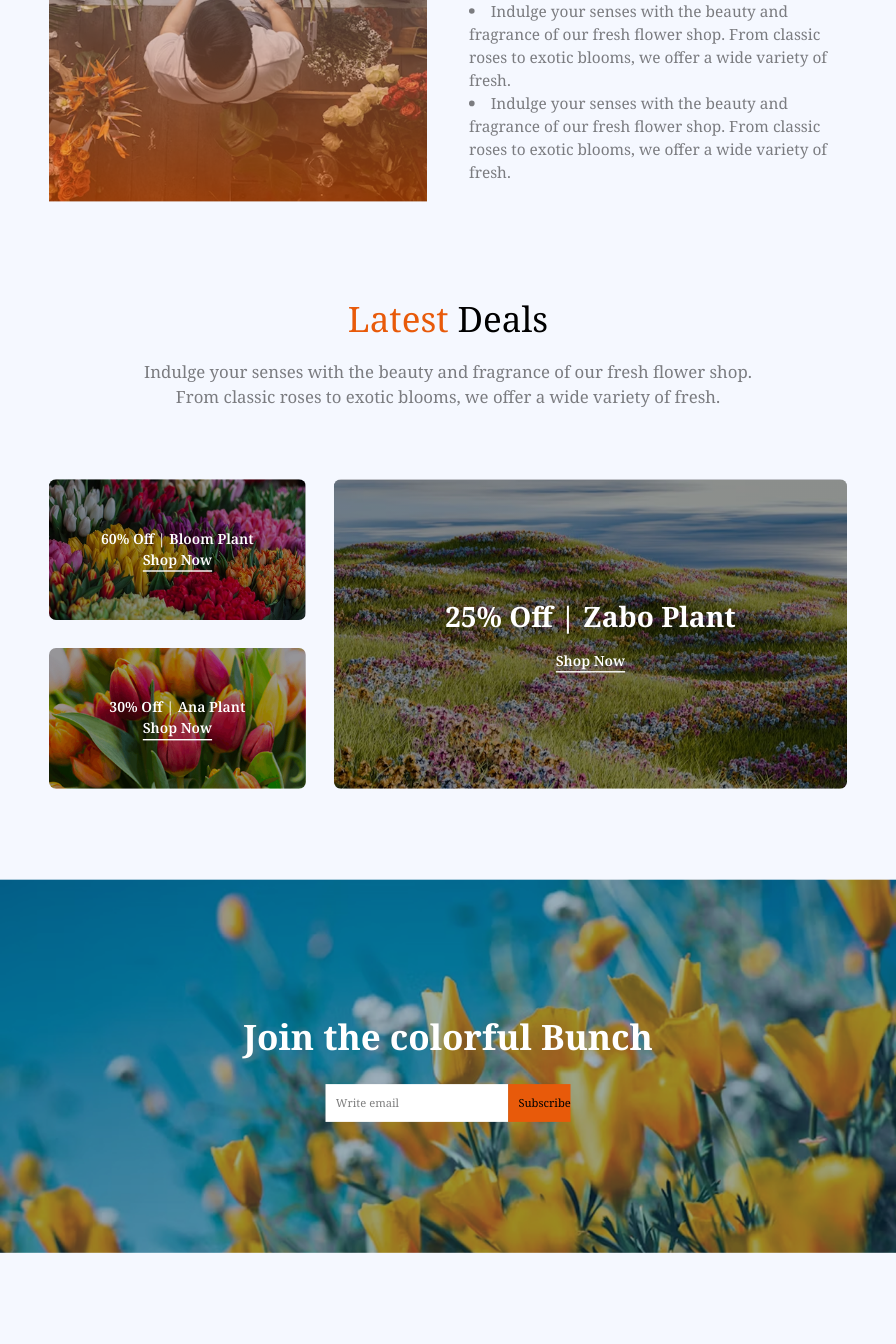
Repository: nahid-hasann/website-7
Page: index.html
An editor plug-in stored every save of this project. The page is shown before and after the next save, followed by the edit.
The browser window is 1280 px wide. The pictures show the part of the page from y = 2514 to 4434 px (the page is 4434 px tall), at 70% of full size.
Some web libraries are served in a nearby version.

Above is the page before, as saved 2025-07-24 21:22:40.

After the next save:
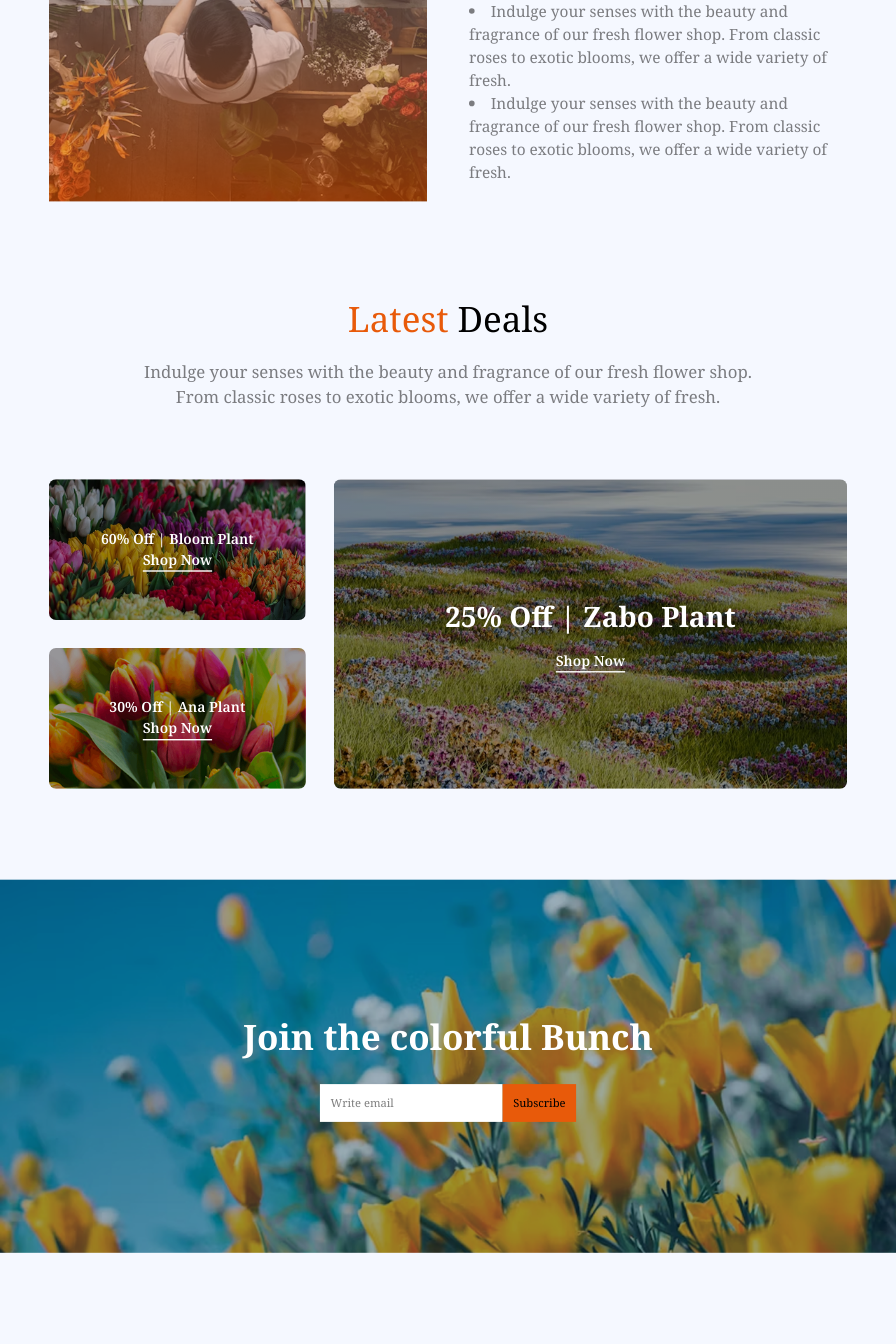
Saved 7 s later.
--- a/style.css
+++ b/style.css
@@ -314,7 +314,7 @@ nav{
 
 .btn-2{
     background-color: #e85a0a;
-    padding: 15px 0px 15px 15px ;
+    padding: 15px ;
 }
 
 /* subscribe-section end  */
